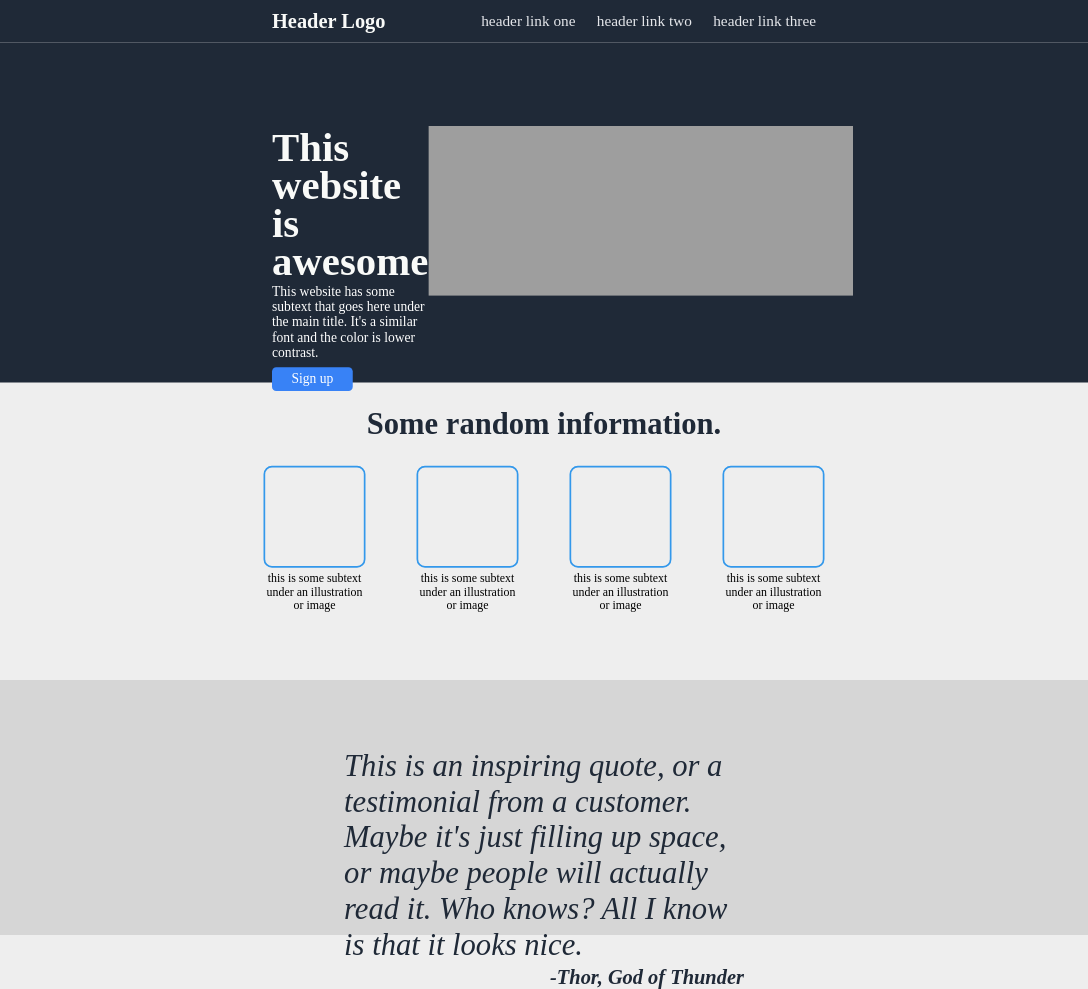
Repository: Pafestivo/Dummy-Landing-Page
Page: index.html
The author's editor kept a copy of each file at every save. The page is drawn from the files as they stood at one save, then again after the next save.
The browser window is 1280 px wide. The pictures show the whole page, at 85% of full size.
Pictures or frames that could not be fetched are drawn as grey boxes.

Above is the page before, as saved 2022-09-26 19:22:52.

After the next save:
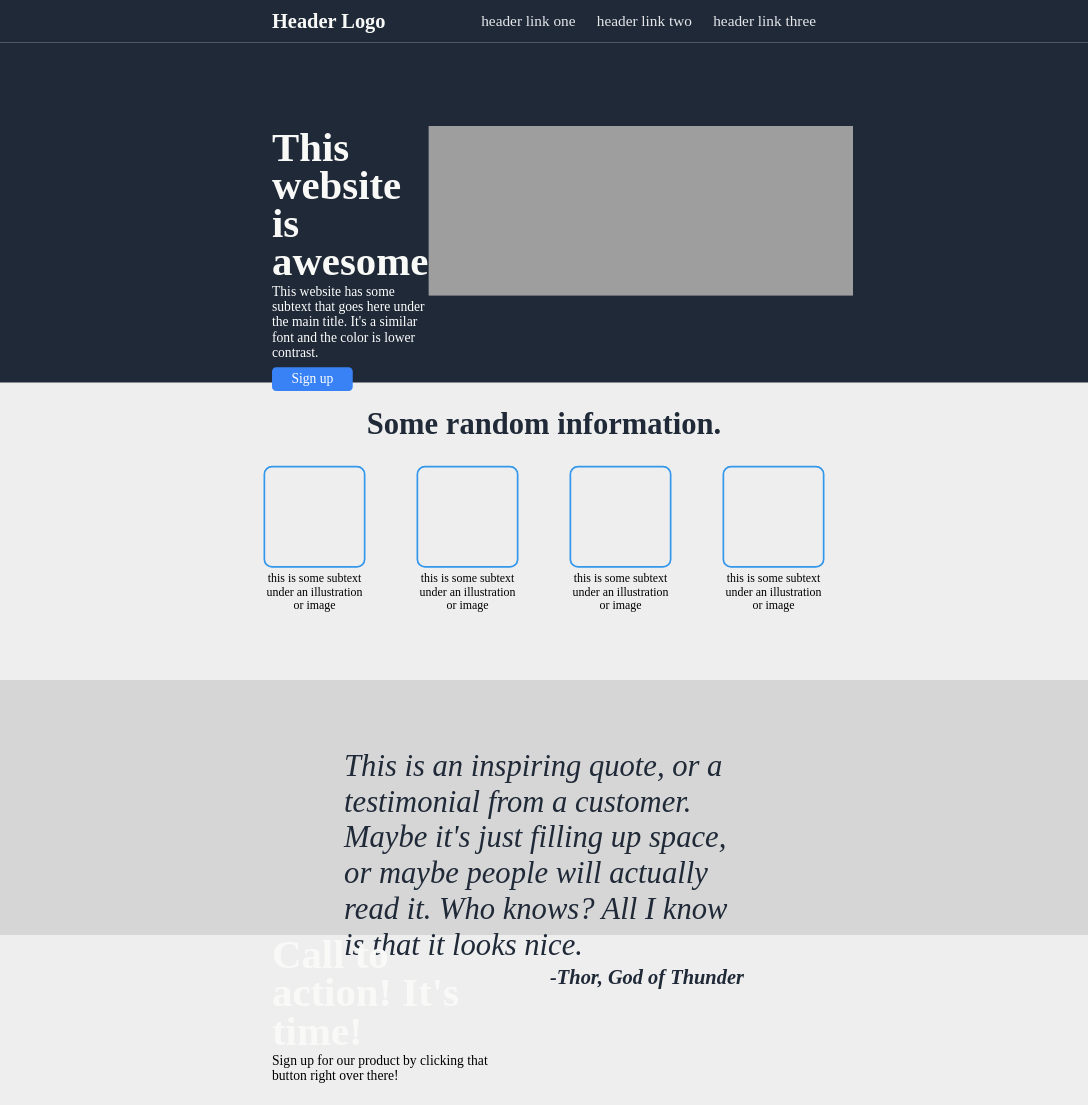
Saved 2 min 18 s later.
--- a/index.html
+++ b/index.html
@@ -80,7 +80,12 @@
 
         <section class="fourth">
             <div class="container">
-
+                <div class="coa">
+                    <div class="right">
+                        <h1>Call to action! It's time!</h1>
+                        <p>Sign up for our product by clicking that button right over there!</p>
+                    </div> <!-- /right -->
+                </div>
             </div> <!-- /container-->
         </section> <!-- /fourth -->
 
